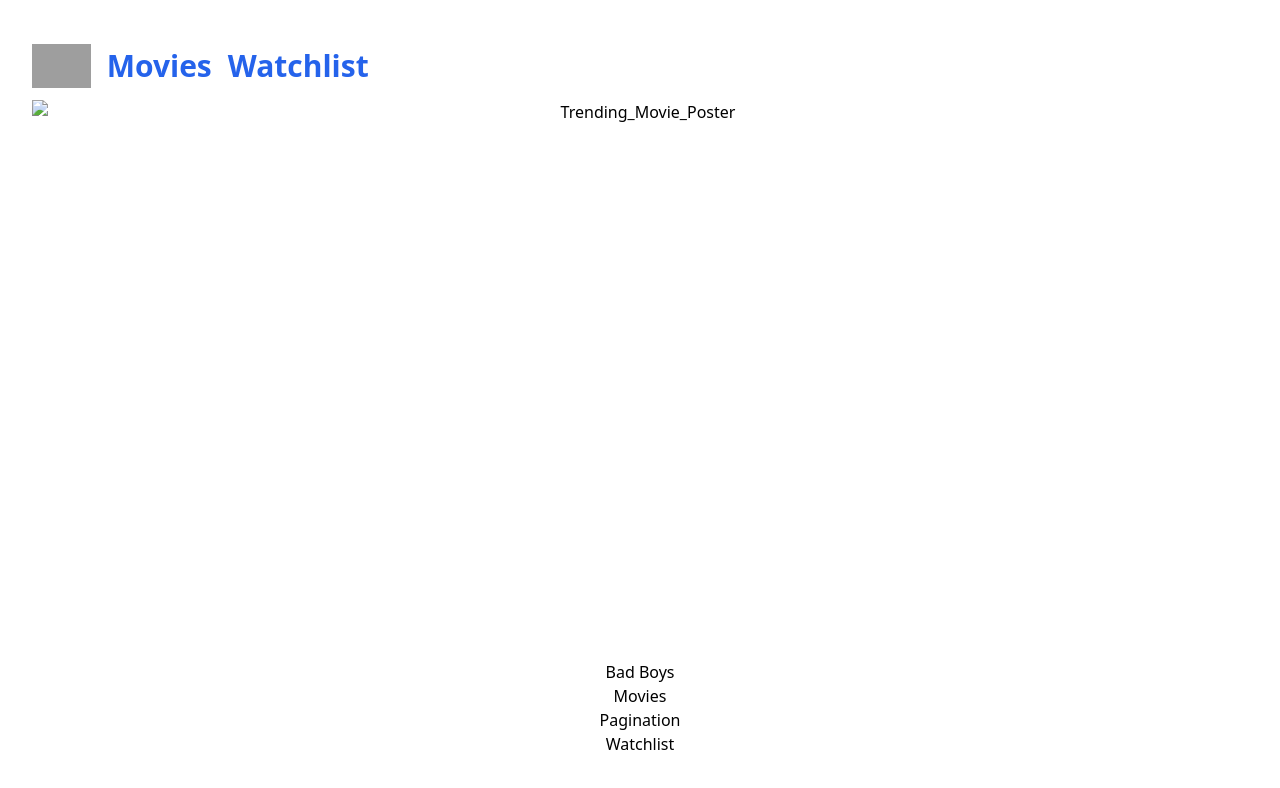
Repository: PrashantPanjwani/JSProjects
Page: / (app in Movies-App/)
The author's editor kept a copy of each file at every save. The page is drawn from the files as they stood at one save, then again after the next save.
The browser window is 1280 px wide. The pictures show the whole page.
Pictures or frames that could not be fetched are drawn as grey boxes. The project was rebuilt for these pictures with package versions that can differ from the ones it lists, and the page was loaded fresh each time. Also part of the build but not shown: Movies-App/vite.config.js.

Above is the page before, as saved 2024-08-03 23:37:55.

After the next save:
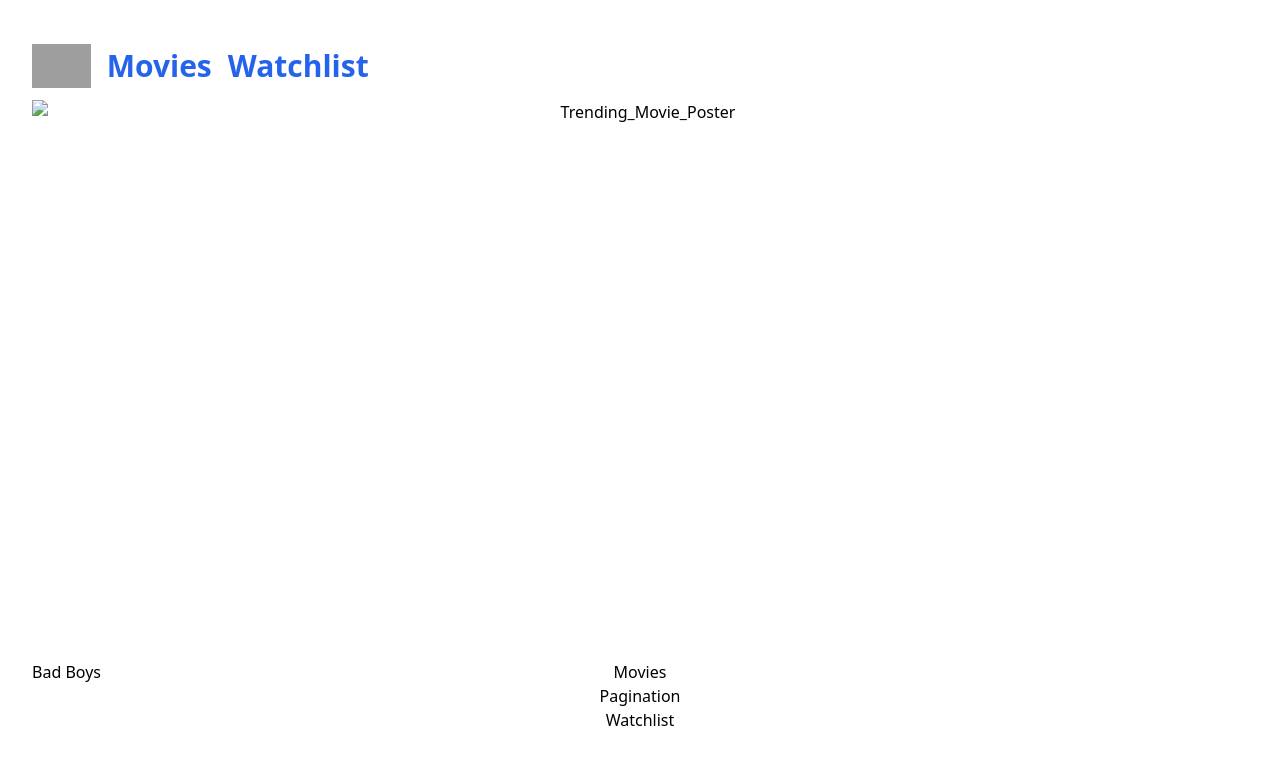
Saved 8 min 44 s later.
--- a/Movies-App/src/Components/Banner.jsx
+++ b/Movies-App/src/Components/Banner.jsx
@@ -2,7 +2,7 @@
     return(
         <div>
             <img className="h-[35rem] w-screen" src="" alt="Trending_Movie_Poster" />
-            <p>Bad Boys</p>
+            <p className="absolute">Bad Boys</p>
         </div>
     )
 }
